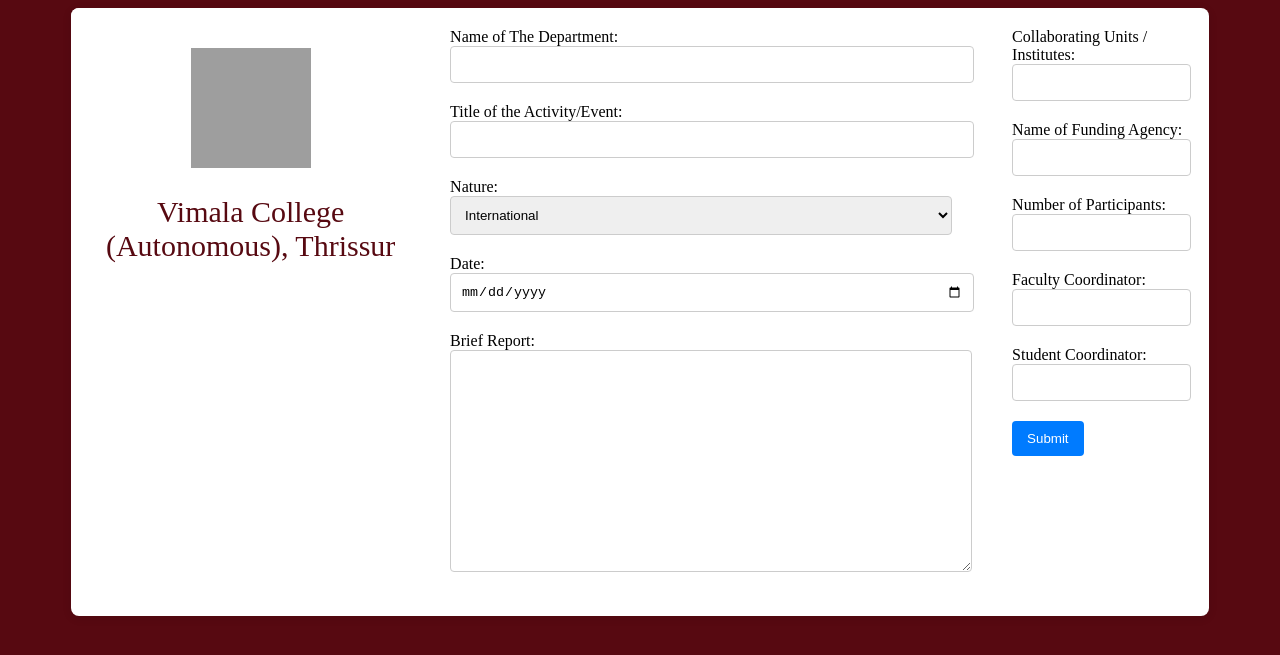
Repository: Rammjay/vimala-activity-report
Page: http://localhost/
These files come from the project's save history. The page is drawn as it stood at one moment and after a run of saves; the edit follows.
The browser window is 1280 px wide. The pictures show the whole page.
Pictures or frames that could not be fetched are drawn as grey boxes. The page is served by the project's application, run on Django 5.2 (report/manage.py). Other server files are loaded and not shown.

Above is the page before, as saved 2024-09-22 14:22:14.

### vim/report/reports/templates/1.html
<!DOCTYPE html>
<html lang="en">
<head>
    <meta charset="UTF-8">
    <meta name="viewport" content="width=device-width, initial-scale=1.0">
    <title>Two-Sided Form</title>
    <style>
        html {
            background-color: #570911;
        }
        h4 {
            text-align: left;
        }
        .container {
            max-width: 90%;
            background-color: rgb(255, 255, 255);
            display: flex;
            justify-content: center;
            margin: auto;
            border-radius: 8px;
            overflow: hidden;
            box-shadow: 0 2px 10px rgba(0, 0, 0, 0.1);
        }
        .forms {
            display: flex;
            width: 100%;
        }
        .side {
            flex: 1;
            padding: 20px;
            box-sizing: border-box;
        }
        .navbar ul {
            display: flex;
            list-style-type: none;
            background-color: rgb(255, 255, 255);
            padding: 0;
            margin: 0;
            width: 100%;
        }
        .logo {
            height: 120px;
            width: 120px;
            padding: 10px;
        }
        .navbar a {
            color: rgb(0, 0, 0);
            text-decoration: none;
            padding: 10px;
            display: block;
            text-align: center;
        }
        .navbar li {
            flex-grow: 1;
        }
        .head {
            font-size: 30px;
            color: #570911;
            text-align: center;
            padding: 20px;
        }
        input, select, textarea {
            width: calc(100% - 20px);
            margin-bottom: 20px;
            padding: 10px;
            border: 1px solid #ccc;
            border-radius: 4px;
        }
        button {
            padding: 10px 15px;
            background-color: #007bff;
            color: white;
            border: none;
            border-radius: 4px;
            cursor: pointer;
        }
        button:hover {
            background-color: #0056b3;
        }
    </style>
</head>
<body>
    <div class="container">
        <nav class="navbar">
            <ul>
                <li class="head"><a href="https://www.vimalacollege.edu.in/"><img src="https://www.vimalacollege.edu.in/images/prelder-logo2.png" class="logo"></a>Vimala College (Autonomous), Thrissur</li>
            </ul>
        </nav>
        <div class="forms">
            <div class="side">

                <form method="post" id="myForm1">
                    <label for="dept">Name of The Department:</label>
                    <input type="text" id="dept" name="dept" required>

                    <label for="Dooc">Title of the Activity/Event:</label>
                    <input type="text" id="Dooc" name="Dooc" maxlength="25" required>

                    <label for="nat">Nature:</label>
                    <select id="nat" name="nat" required>
                        <option value="int">International</option>
                        <option value="nati">National</option>
                        <option value="stat">State</option>
                        <option value="reg">Regional</option>
                        <option value="ins">Institutional</option>
                    </select>

                    <label for="date">Date:</label>
                    <input type="date" id="date" name="date" required>

                    <label for="br">Brief Report:</label>
                    <textarea id="br" name="br" style="width: 500px;height: 200px;" required></textarea>
                </form>
            </div>
            <div class="side">

                <form method="post" id="myForm2">
                    <label for="colu">Collaborating Units / Institutes:</label>
                    <input type="text" id="colu" name="colu" maxlength="25" required>

                    <label for="fund">Name of Funding Agency:</label>
                    <input type="text" id="fund" name="fund" maxlength="25" required>

                    <label for="nop">Number of Participants:</label>
                    <input type="text" id="nop" name="nop" maxlength="25" required>

                    <label for="fco">Faculty Coordinator:</label>
                    <input type="text" id="fco" name="fco" maxlength="25" required>

                    <label for="sco">Student Coordinator:</label>
                    <input type="text" id="sco" name="sco" maxlength="25" required>



                    <button type="submit">Submit</button>
                </form>
            </div>
        </div>
    </div>
</body>
</html>

### vim/report/report/views.py
from django.shortcuts import render, redirect
from django.core.exceptions import ValidationError
from reports.models import Table
import uuid
from django.http import HttpResponseRedirect


def main(request):

    return render(request, '1.html')

### vim/report/report/urls.py
"""
URL configuration for report project.

The `urlpatterns` list routes URLs to views. For more information please see:
    https://docs.djangoproject.com/en/5.1/topics/http/urls/
Examples:
Function views
    1. Add an import:  from my_app import views
    2. Add a URL to urlpatterns:  path('', views.home, name='home')
Class-based views
    1. Add an import:  from other_app.views import Home
    2. Add a URL to urlpatterns:  path('', Home.as_view(), name='home')
Including another URLconf
    1. Import the include() function: from django.urls import include, path
    2. Add a URL to urlpatterns:  path('blog/', include('blog.urls'))
"""
from django.contrib import admin
from django.urls import path
from . import views

urlpatterns = [
    path('admin/', admin.site.urls),
    path('',views.main, name="main"),
]

After the next 2 saves:
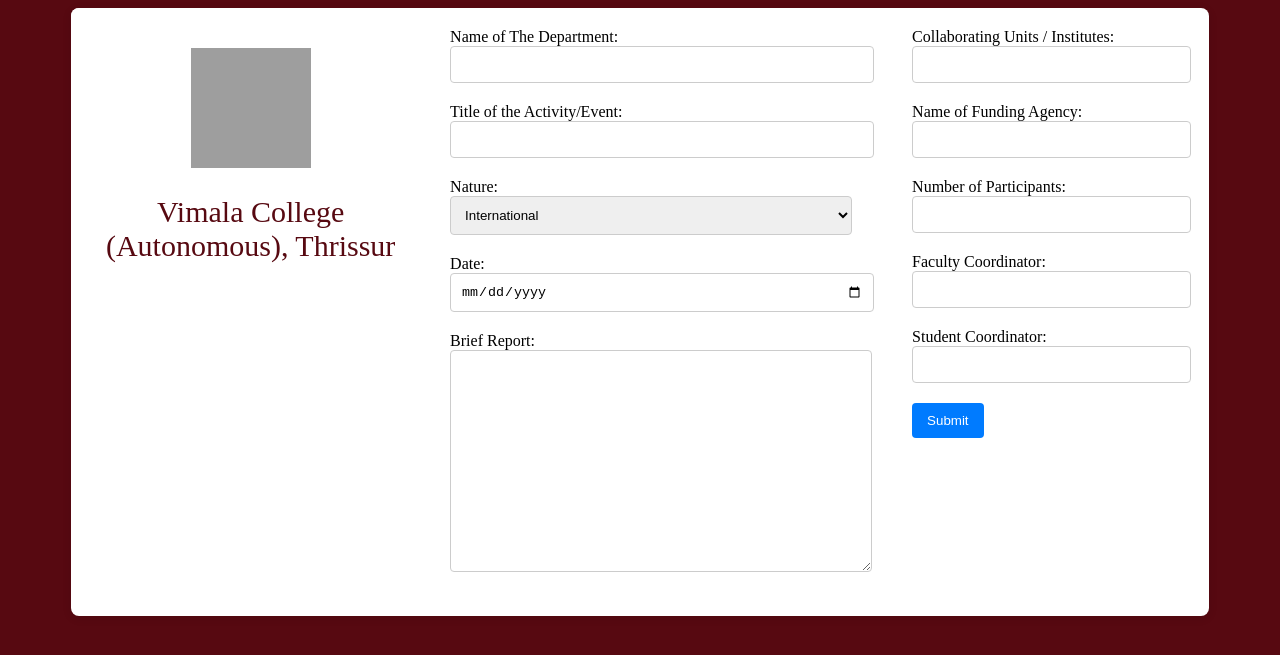
The 2 saves are shown as one change because they came seconds apart.
The last was saved 10 s later.
--- a/vim/report/reports/templates/1.html
+++ b/vim/report/reports/templates/1.html
@@ -109,7 +109,7 @@
                     <input type="date" id="date" name="date" required>
 
                     <label for="br">Brief Report:</label>
-                    <textarea id="br" name="br" style="width: 500px;height: 200px;" required></textarea>
+                    <textarea id="br" name="br" style="width: 400px;height: 200px;" required></textarea>
                 </form>
             </div>
             <div class="side">
